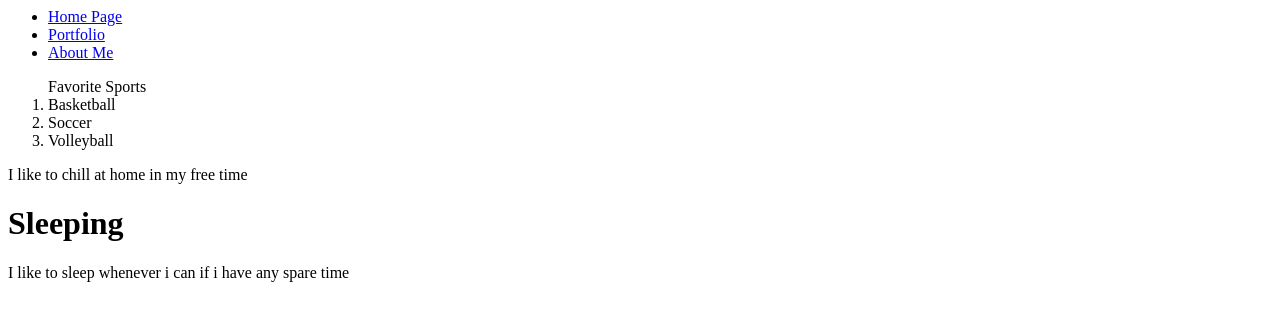
Repository: NawrasKassar/NawrasKassar.github.io
Page: index.html
The author's editor kept a record of every edit. The page is drawn from the files as they stood at one moment, then again after the next edit.
The browser window is 1280 px wide. The pictures show the whole page.

Above is the page before.

### index.html
<html>
    <head>
       <title>About Me</title>
       <link rel="stylesheet" href"./styles/style.css

    </head>

    <body>
        <ul>
          <li><a href="index.html">Home Page</a></li>
          <li><a href="portfolio.html">Portfolio</a></li>
          <li><a href="about.html">About Me</a></li>
        </ul>
        <ol>Favorite Sports
            <li> Basketball </li>
            <li> Soccer     </li>
            <li> Volleyball </li>

        </ol>
       <p> I like to chill at home in my free time



    <h1>Sleeping</h1>
        <p>I like to sleep whenever i can if i have any spare time  </p>
        <img src=""
    <h1>          </h1>
        <p>             </p>
        <br>
        <a href="     <img></a>
    </body>

</html>

After the next edit:
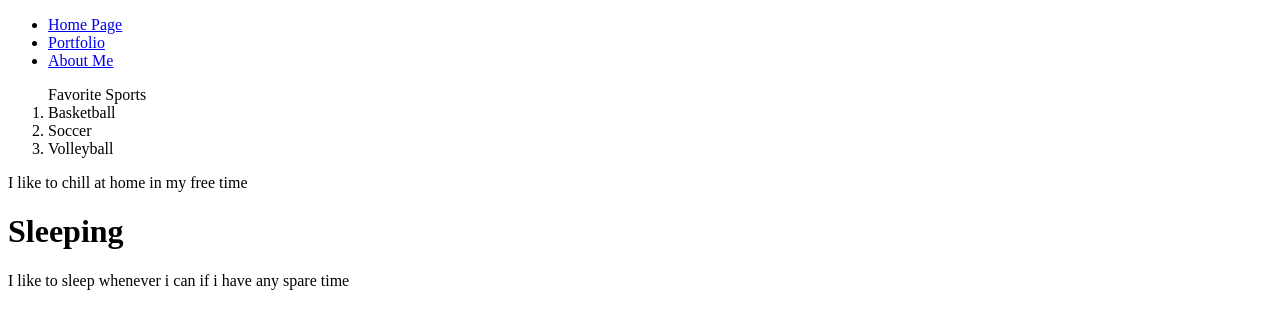
The edit:
--- a/index.html
+++ b/index.html
@@ -1,3 +1,4 @@
+<!doctype Html>
 <html>
     <head>
        <title>About Me</title>
